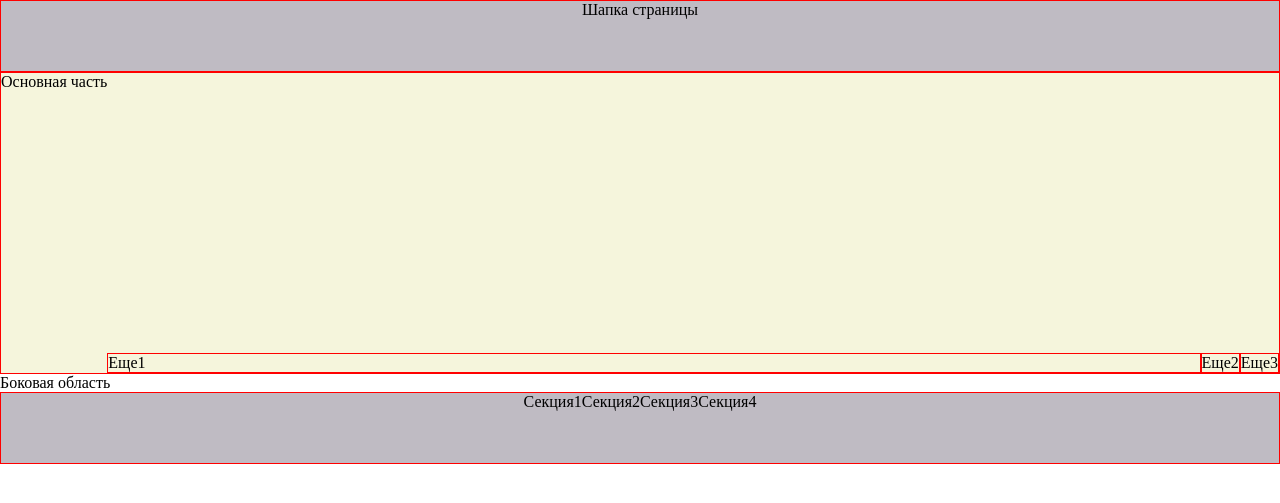
Repository: IrinaGetmanenko/week5
Page: week5/index.html
An editor plug-in stored every save of this project. The page is shown before and after the next save, followed by the edit.
The browser window is 1280 px wide. The pictures show the whole page.

Above is the page before, as saved 2022-08-28 17:21:55.

After the next save:
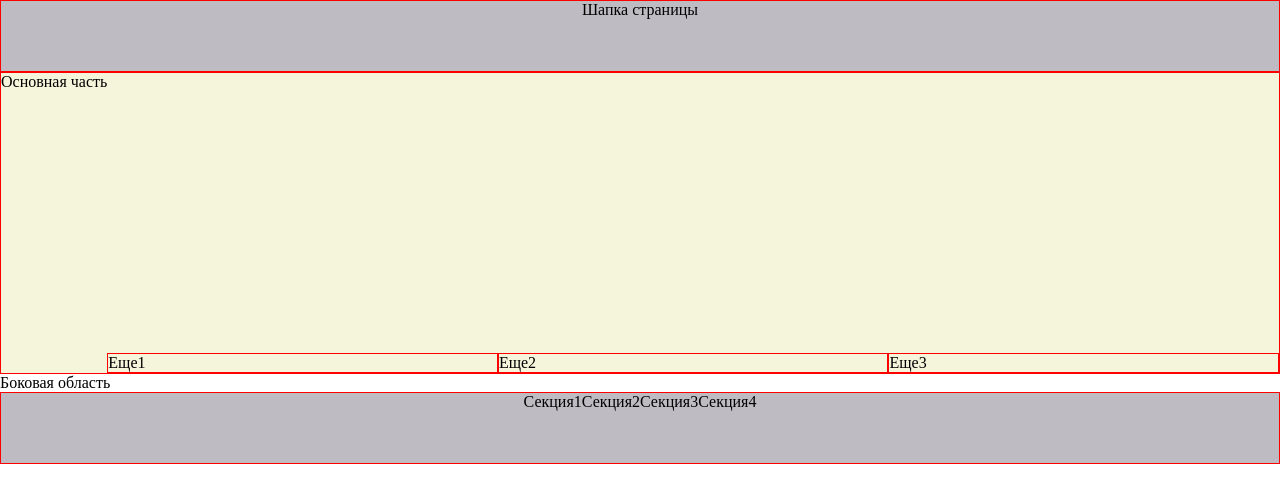
Saved 22 s later.
--- a/week5/index.html
+++ b/week5/index.html
@@ -35,14 +35,16 @@
         flex: auto;
         border: 1px solid red;
         align-self: flex-end;
-        width: 20px;
+
     }
     .section2{
+        flex: auto;
         border: 1px solid red;
         align-self: flex-end;
     }
 
     .section3{
+        flex: auto;
         border: 1px solid red;
         align-self: flex-end;
     }
